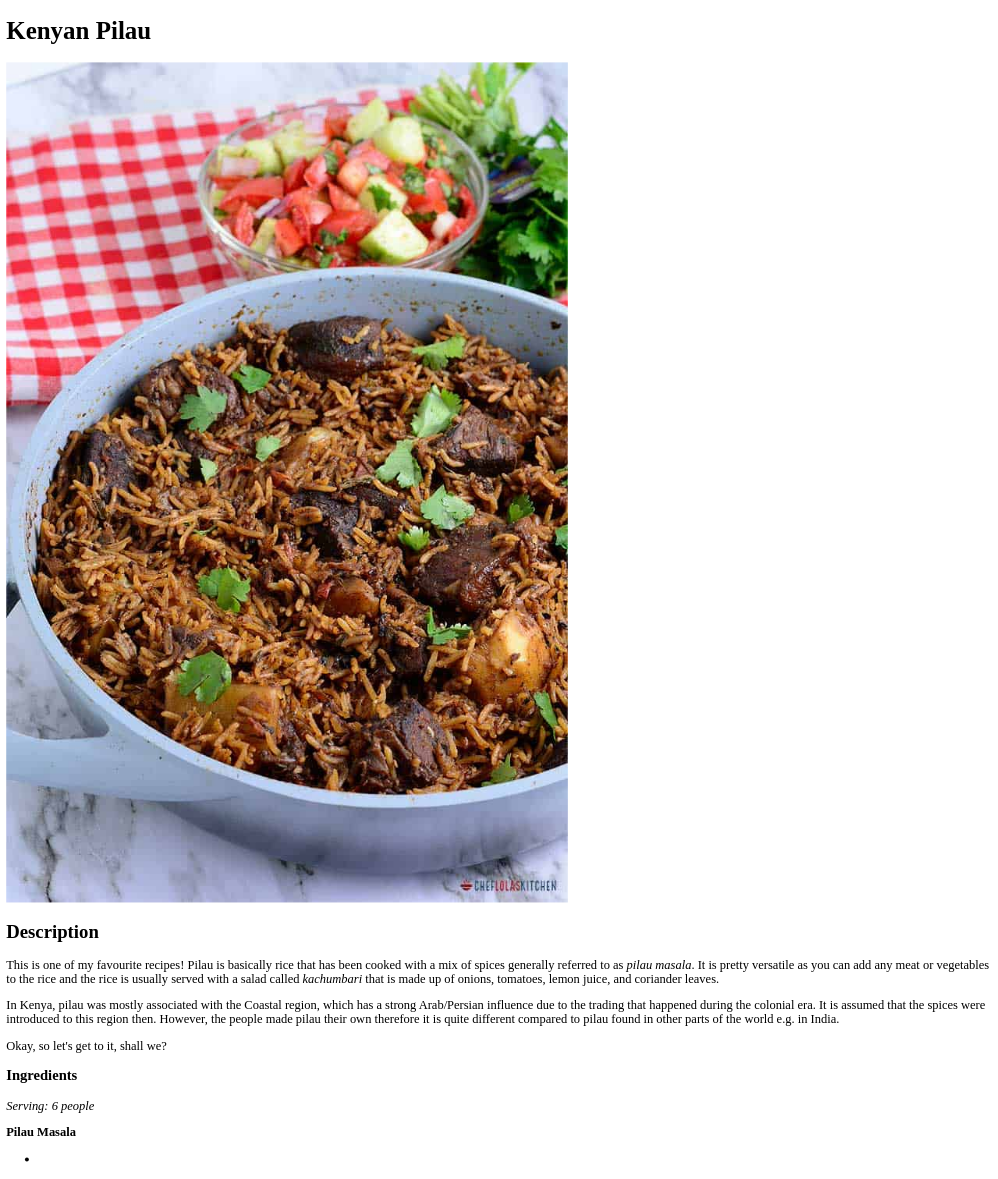
Repository: IanaAmke/odin-recipes
Page: recipes/pilau.html
These files come from the project's save history. The page is drawn as it stood at one moment and after the next save; the edit follows.
The browser window is 1280 px wide. The pictures show the whole page, at 78% of full size.

Above is the page before, as saved 2022-06-05 18:34:26.

### recipes/pilau.html
<!DOCTYPE html>
<html lang="en-GB">

<head>
    <meta charset="UTF-8">
    <title>Pilau Recipe</title>
</head>

<body>
    <h1>Kenyan Pilau</h1>

    <img src="./img/pilau.jpg" alt="beef pilau rice with potatoes">

    <h2>Description</h2>

    <p>This is one of my favourite recipes! Pilau is basically rice that has been cooked with a mix of spices generally referred to as <i>pilau masala</i>. It is pretty versatile as you can add any meat or vegetables to the rice and the rice is usually served
        with a salad called <i>kachumbari</i> that is made up of onions, tomatoes, lemon juice, and coriander leaves.</p>

    <p>In Kenya, pilau was mostly associated with the Coastal region, which has a strong Arab/Persian influence due to the trading that happened during the colonial era. It is assumed that the spices were introduced to this region then. However, the people
        made pilau their own therefore it is quite different compared to pilau found in other parts of the world e.g. in India.</p>

    <p>Okay, so let's get to it, shall we?</p>

    <h3>Ingredients</h3>
    <p><em>Serving: 6 people</em></p>

    <p><strong>Pilau Masala</strong></p>

    <ul>
        <li></li>
    </ul>

</body>

</html>

After the next save:
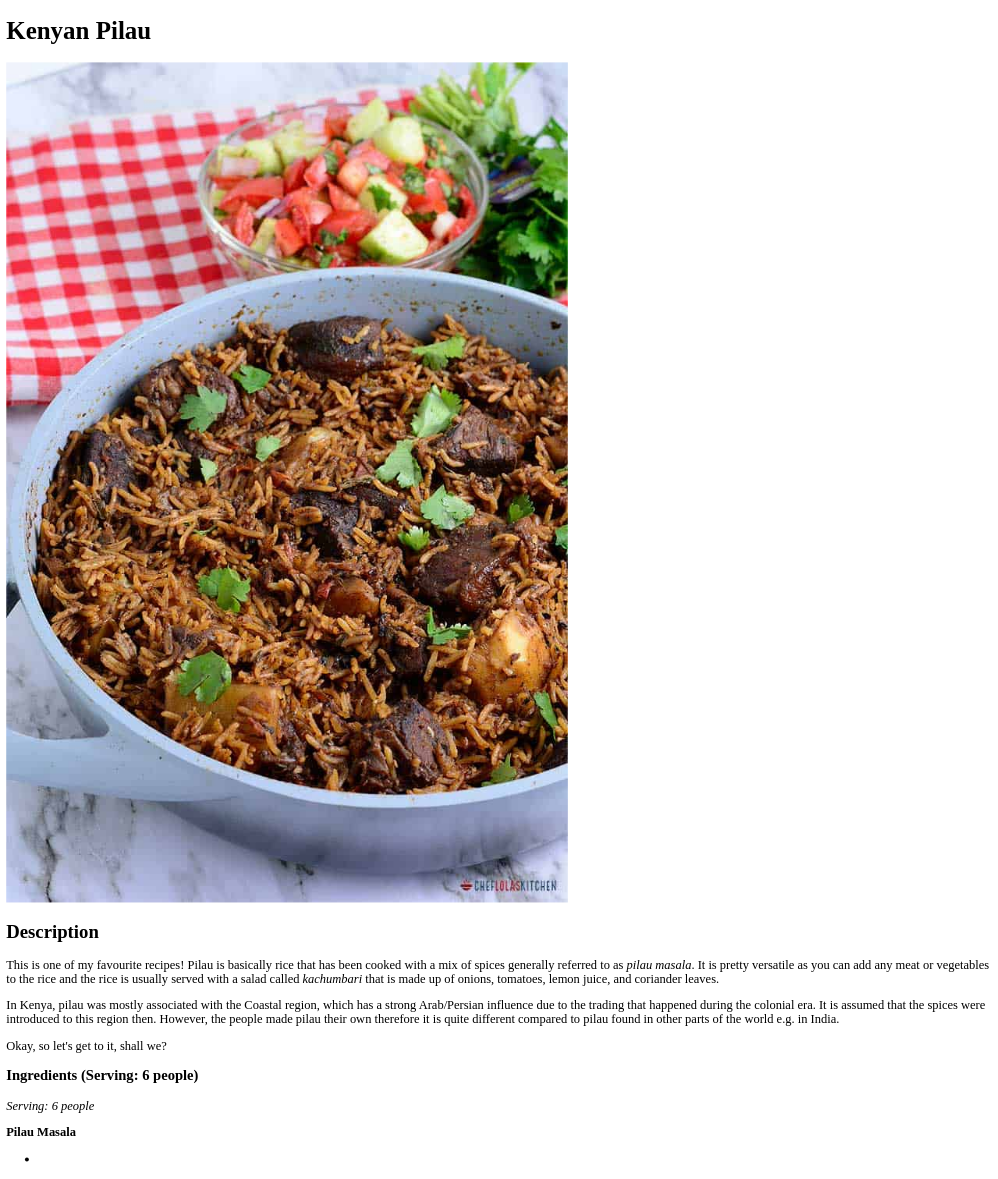
Saved 31 s later.
--- a/recipes/pilau.html
+++ b/recipes/pilau.html
@@ -21,7 +21,7 @@
 
     <p>Okay, so let's get to it, shall we?</p>
 
-    <h3>Ingredients</h3>
+    <h3>Ingredients (Serving: 6 people)</h3>
     <p><em>Serving: 6 people</em></p>
 
     <p><strong>Pilau Masala</strong></p>
